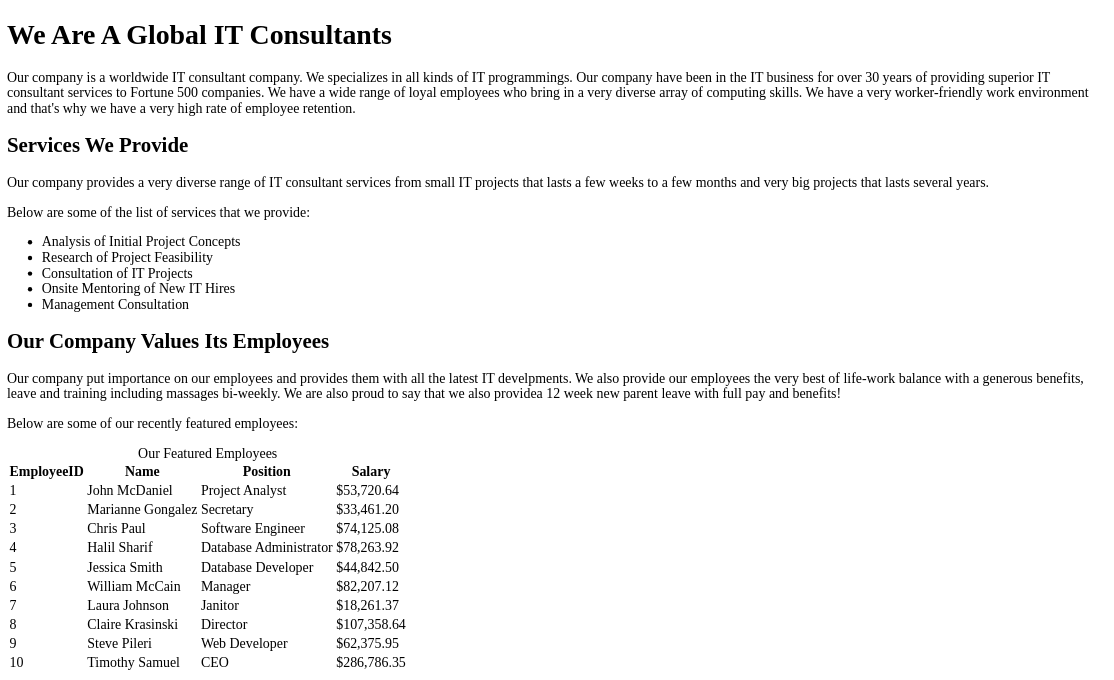
Repository: myjavaweb2/Week5JDBCAssignments
Page: myweek4project/src/main/webapp/index.html
The author's editor kept a copy of each file at every save. The page is drawn from the files as they stood at one save, then again after the next save.
The browser window is 1280 px wide. The pictures show the whole page, at 87% of full size.

Above is the page before, as saved 2016-08-25 20:01:39.

After the next save:
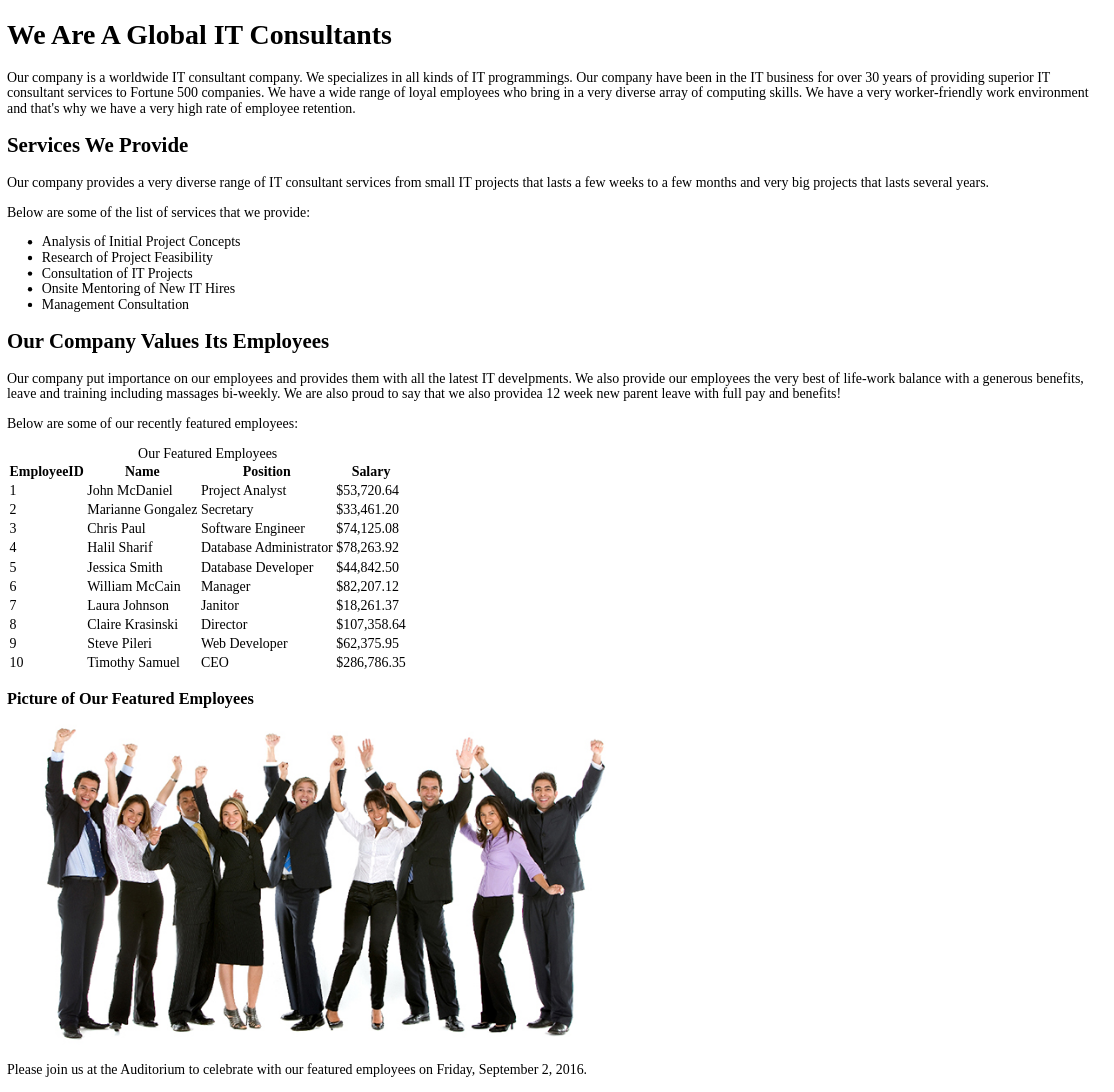
Saved 17 min 11 s later.
--- a/myweek4project/src/main/webapp/index.html
+++ b/myweek4project/src/main/webapp/index.html
@@ -109,6 +109,13 @@ parent leave with full pay and benefits!</p>
 
 </table>
 
+<h3>Picture of Our Featured Employees</h3>
+
+<img alt="Snap of Employees" src="images/employees.jpg">
+
+<p>Please join us at the Auditorium to celebrate with our featured employees
+on Friday, September 2, 2016.</p>
+
 
 
 </body>
